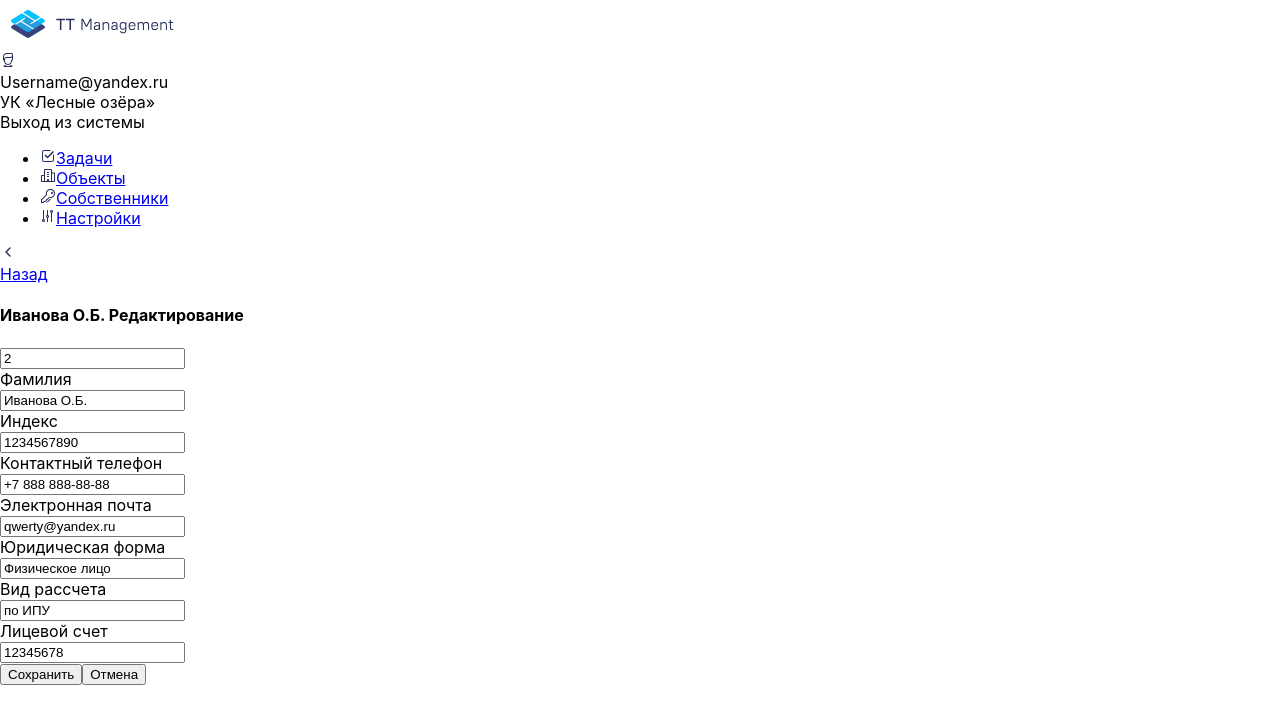
Repository: TryBr/tt-management
Page: /owners/1/edit
An editor plug-in stored every save of this project. The page is shown before and after the next save, followed by the edit.
The browser window is 1280 px wide. The pictures show the whole page.
The project was rebuilt for these pictures with package versions that can differ from the ones it lists, and the page was loaded fresh each time. Also part of the build but not shown: src/App.css, src/TaskDetail.js, src/Owners.js, src/OwnerDetail.js.

Above is the page before, as saved 2020-07-21 13:42:59.

After the next save:
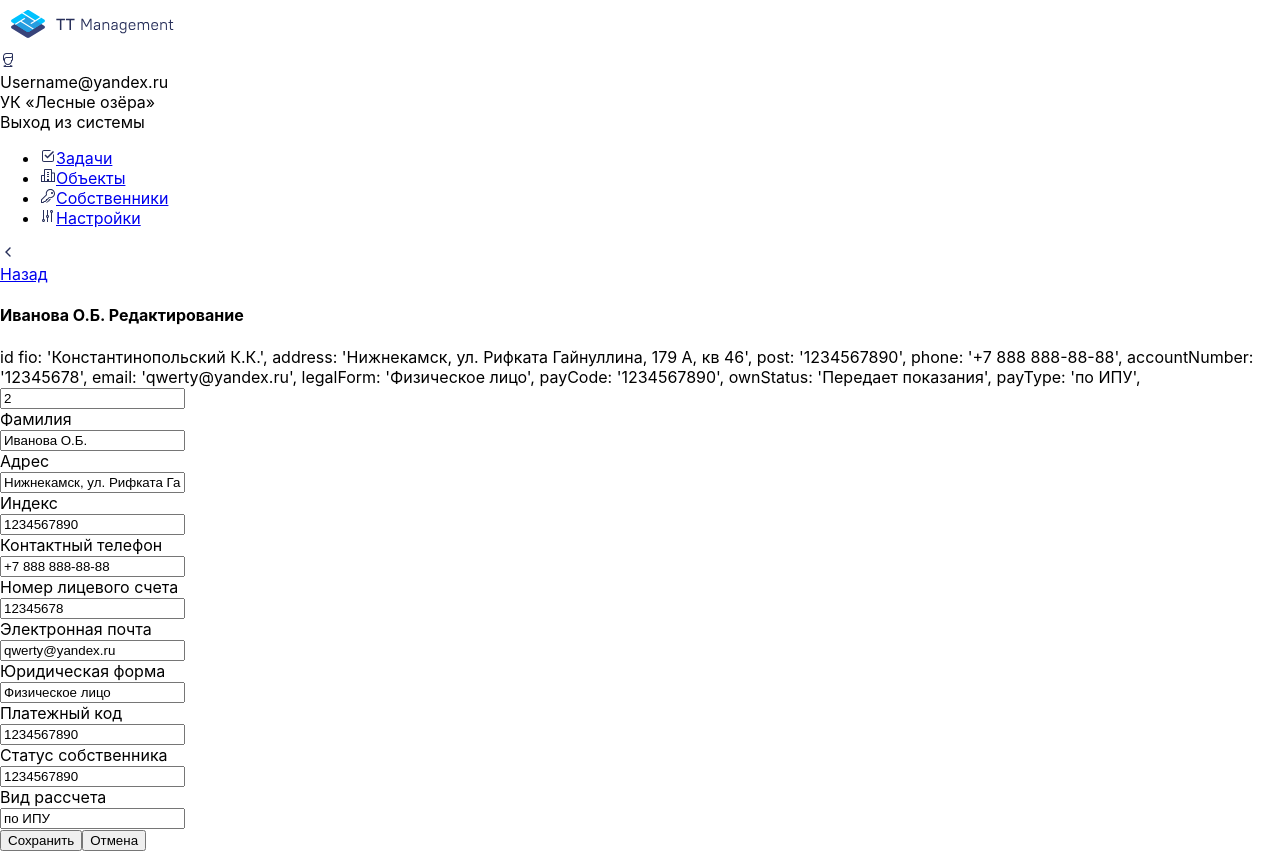
Saved 3 s later.
--- a/src/OwnerEdit.js
+++ b/src/OwnerEdit.js
@@ -43,22 +43,33 @@ const OwnerEdit = ({ owner, onOwnEdit }) => {
             <Row>
                 <Col span={12}>
                         <Form layout={"vertical"} size={"middle"} onFinish={onFinish}>
+                            id
+                            fio: 'Константинопольский К.К.',
+                            address: 'Нижнекамск, ул. Рифката Гайнуллина, 179 А, кв 46',
+                            post: '1234567890',
+                            phone: '+7 888 888-88-88',
+                            accountNumber: '12345678',
+                            email: 'qwerty@yandex.ru',
+                            legalForm: 'Физическое лицо',
+                            payCode: '1234567890',
+                            ownStatus: 'Передает показания',
+                            payType: 'по ИПУ',
                             <Form.Item name="id" initialValue={owner[id].id} hidden="true">
                                 <Input />
                             </Form.Item>
-                            {/* <Form.Item label="Имя" name="name" initialValue={owner[id].fio} >
-                                <Input />
-                            </Form.Item> */}
                             <Form.Item label="Фамилия" name="fio" initialValue={owner[id].fio}>
                                 <Input />
                             </Form.Item>
-                            {/* <Form.Item label="Отчество" name="patronymic" initialValue={owner[id].fio}>
+                            <Form.Item label="Адрес" name="address" initialValue={owner[id].address}>
                                 <Input />
-                            </Form.Item> */}
+                            </Form.Item>
                             <Form.Item label="Индекс" name="post" initialValue={owner[id].post}>
                                 <Input />
                             </Form.Item>
                             <Form.Item label="Контактный телефон" name="phone" initialValue={owner[id].phone}>
+                                <Input />
+                            </Form.Item>
+                            <Form.Item label="Номер лицевого счета" name="accountNumber" initialValue={owner[id].accountNumber}>
                                 <Input />
                             </Form.Item>
                             <Form.Item label="Электронная почта" name="email" initialValue={owner[id].email}>
@@ -67,12 +78,16 @@ const OwnerEdit = ({ owner, onOwnEdit }) => {
                             <Form.Item label="Юридическая форма" name="legalform" initialValue={owner[id].legalForm}>
                                 <Input />
                             </Form.Item>
+                            <Form.Item label="Платежный код" name="payCode" initialValue={owner[id].payCode}>
+                                <Input />
+                            </Form.Item>
+                            <Form.Item label="Статус собственника" name="ownStatus" initialValue={owner[id].payCode}>
+                                <Input />
+                            </Form.Item>
                             <Form.Item label="Вид рассчета" name="paytype" initialValue={owner[id].payType}>
                                 <Input />
                             </Form.Item>
-                            <Form.Item label="Лицевой счет" name="accountnumber" initialValue={owner[id].accountNumber}>
-                                <Input />
-                            </Form.Item>
+
 
                             <Form.Item>
                                 <Button type="primary" htmlType="submit">Сохранить</Button>
